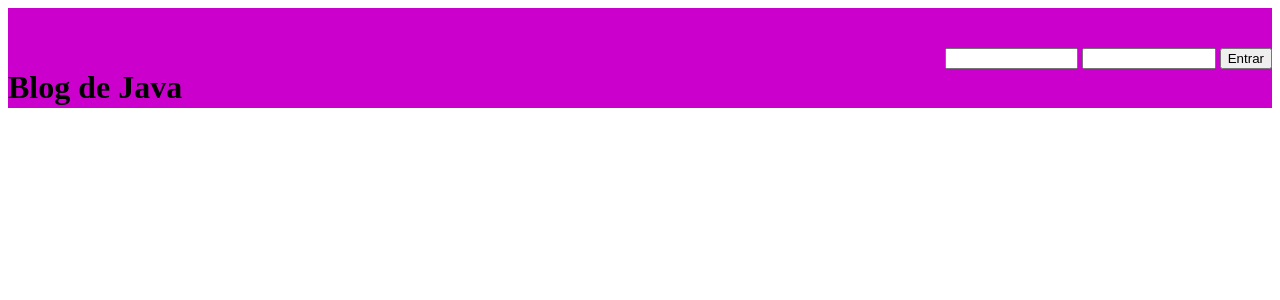
Repository: alruis/IJavaDreamBlog
Page: http://localhost/IJavaBlog/jsp/blog/cabecera.jsp
An editor plug-in stored every save of this project. The page is shown before and after the next save, followed by the edit.
The browser window is 1280 px wide. The pictures show the whole page.
The page is served by Tomcat 9. Nobody is signed in. The application's start-up code is not run. Other server files are loaded and not shown.

Above is the page before, as saved 2014-09-23 10:12:12.

### IJavaBlog/WebContent/jsp/blog/cabecera.jsp
<%@ page language="java" contentType="text/html; charset=UTF-8"
    pageEncoding="UTF-8"%>
<%@ taglib prefix="c" uri="http://java.sun.com/jsp/jstl/core" %>

<link href="css/cabecera.css" rel="stylesheet" type="text/css" />
<div id="cabecera">
	<form action="autenticar.blog" method="post">
	<div><h1>Blog de Java</h1></div>
	<div>
		<c:choose>
			<c:when test="${empty sessionScope.usuario}">
				<input type="text" name="correo" />
				<input type="text" name="clave" />
				<input type="submit" value="Entrar" />
			</c:when>
			<c:otherwise>
				Bienvenido, ${sessionScope.usuario.correo }
				<a href="cerrarSesion.blog">Cerrar sesión</a>
			</c:otherwise>
		</c:choose>
	</div>
	</form>
</div>

### IJavaBlog/WebContent/css/cabecera.css
#cabecera {
	background-color: #CC00CC;
	height: 100px;
}

#cabecera div:nth-child(1) {
	float: left;
	width: 20%;
	vertical-align: middle;
	padding: 40px 0px 0px 0px;
}

#cabecera div:nth-child(2) {
	float: left;
	width: 80%;
	text-align: right;
	padding: 40px 0px 0px 0px;
}

#cabecera div:nth-child(2) input[type=text],
#cabecera div:nth-child(2) input[type=password] {
	width: 10em;
}

After the next save:
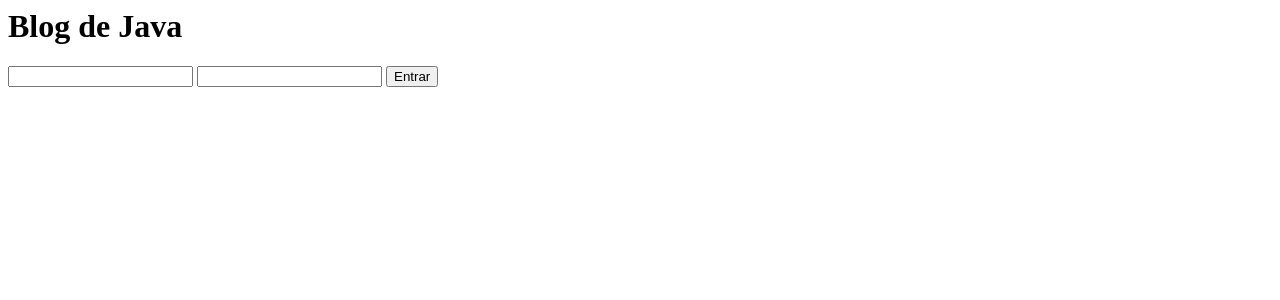
Saved 50 s later.
--- a/IJavaBlog/WebContent/jsp/blog/cabecera.jsp
+++ b/IJavaBlog/WebContent/jsp/blog/cabecera.jsp
@@ -2,7 +2,7 @@
     pageEncoding="UTF-8"%>
 <%@ taglib prefix="c" uri="http://java.sun.com/jsp/jstl/core" %>
 
-<link href="css/cabecera.css" rel="stylesheet" type="text/css" />
+<!--  <link href="css/cabecera.css" rel="stylesheet" type="text/css" /> -->
 <div id="cabecera">
 	<form action="autenticar.blog" method="post">
 	<div><h1>Blog de Java</h1></div>
